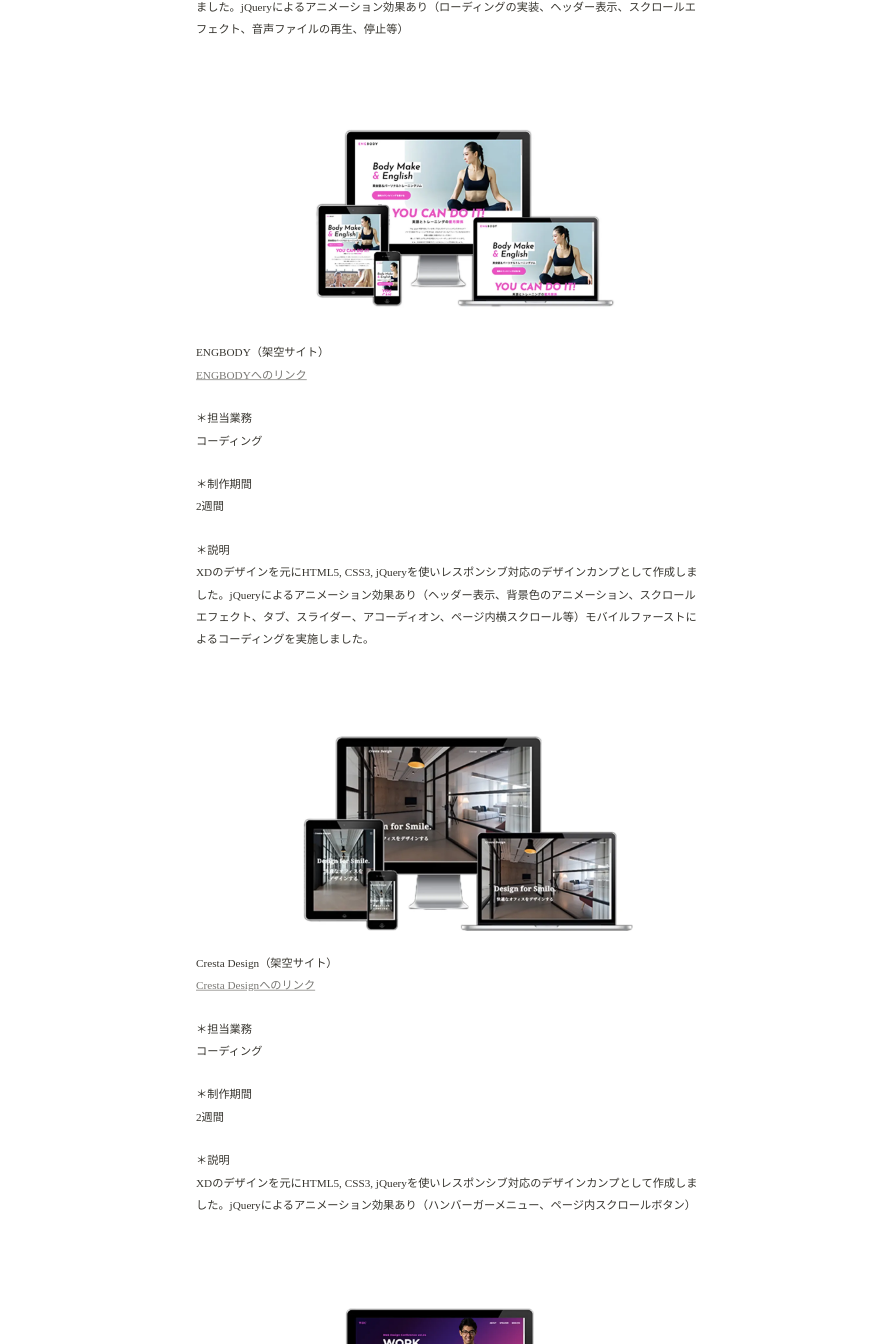
Repository: tetishi/my-portfolio
Page: index.html
These files come from the project's save history. The page is drawn as it stood at one moment and after a run of saves; the edit follows.
The browser window is 1280 px wide. The pictures show the part of the page from y = 4580 to 6500 px (the page is 11547 px tall before and 11515 px after), at 70% of full size.
The style sheet was rebuilt from its Sass, Less or Tailwind sources for each picture, by a compiler version that may differ from the author's.

Above is the page before, as saved 2024-05-19 15:51:23.

After the next 2 saves:
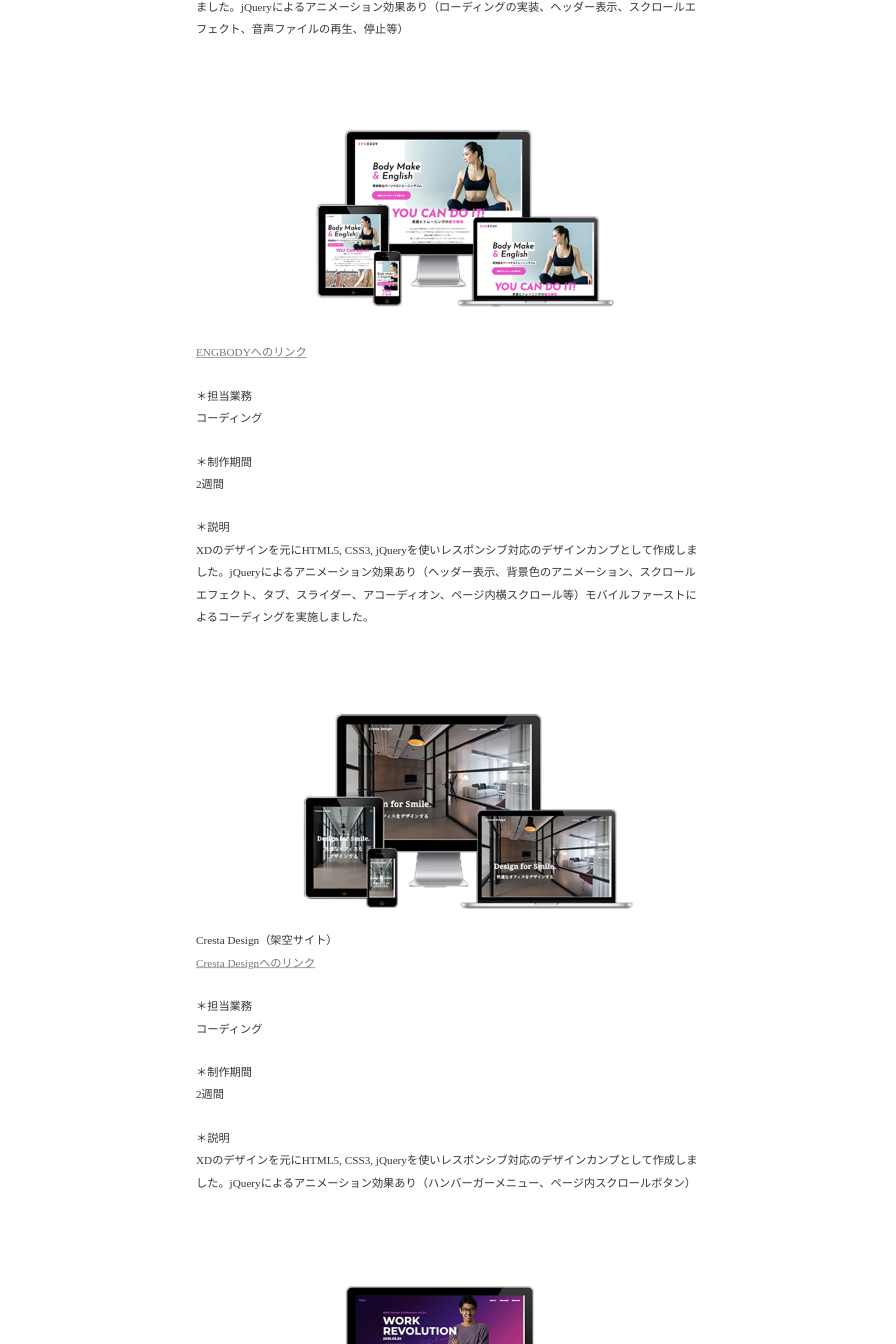
The 2 saves are shown as one change because they came seconds apart.
The last was saved 75 s later.
--- a/index.html
+++ b/index.html
@@ -231,13 +231,13 @@
 
             <!-- 5作品目 -->
             <div class="work">
+
+
                 <!-- サイトのイメージ写真を入れます -->
                 <picture>
                     <source srcset="img/engbody@2x.webp" type="image/webp">
                     <img src="img/engbody@2x.png">
                 </picture>
-                <!-- ここ記入 -->
-                <p class="work_tit">ENGBODY（架空サイト）</p>
                 <!-- ここ記入 -->
                 <p class="work_link"><a target="_blank" rel="noopener noreferrer" href="https://tetishi.github.io/engbody/">ENGBODYへのリンク</a></p>
                 <p class="details">＊担当業務</p>
